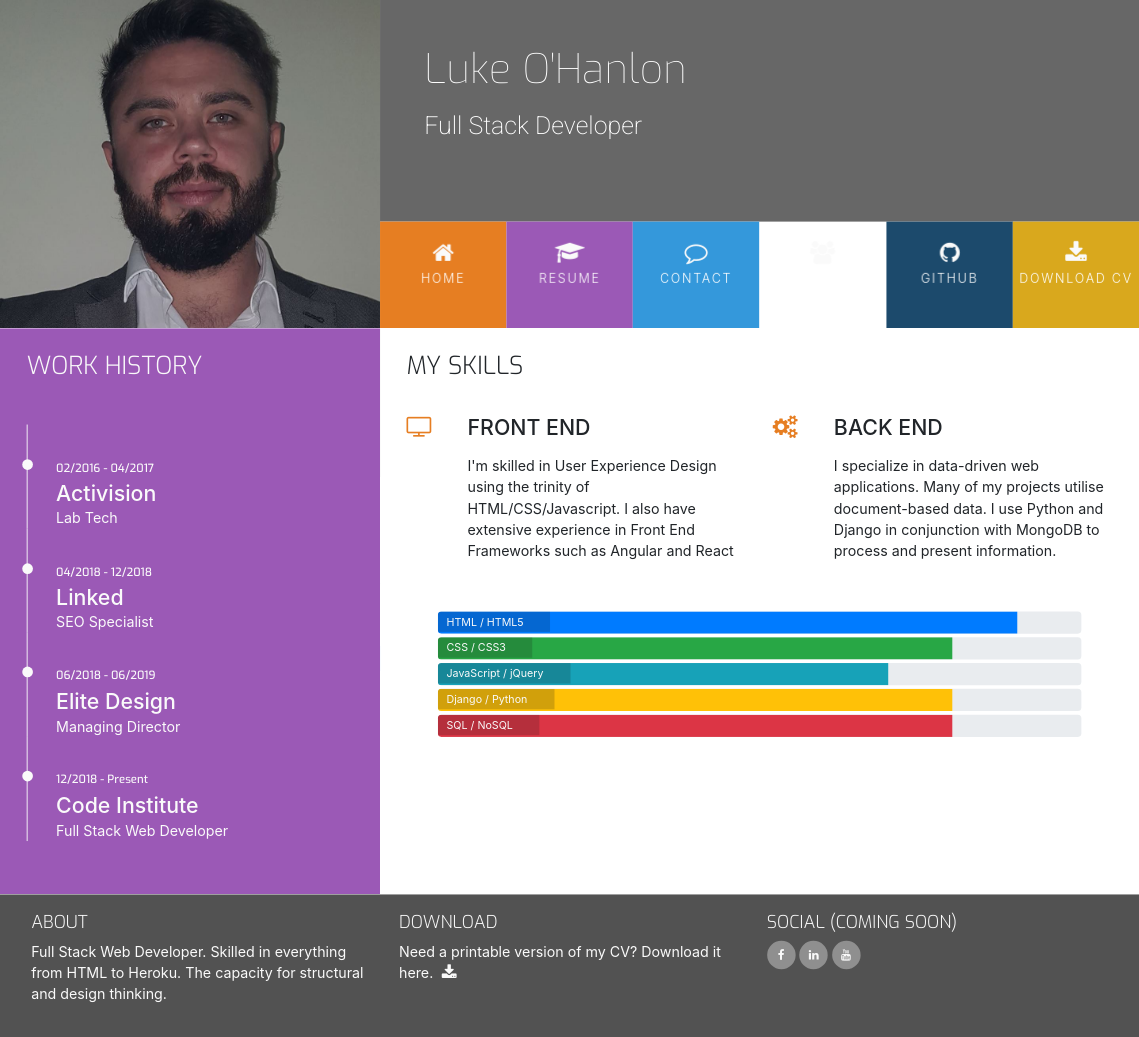
Repository: luke0han/my-resume
Page: resume.html
The author's editor kept a record of every edit. The page is drawn from the files as they stood at one moment, then again after the next edit.
The browser window is 1280 px wide. The pictures show the whole page, at 89% of full size.
Some web libraries are served in a nearby version.

Above is the page before.

After the next edit:
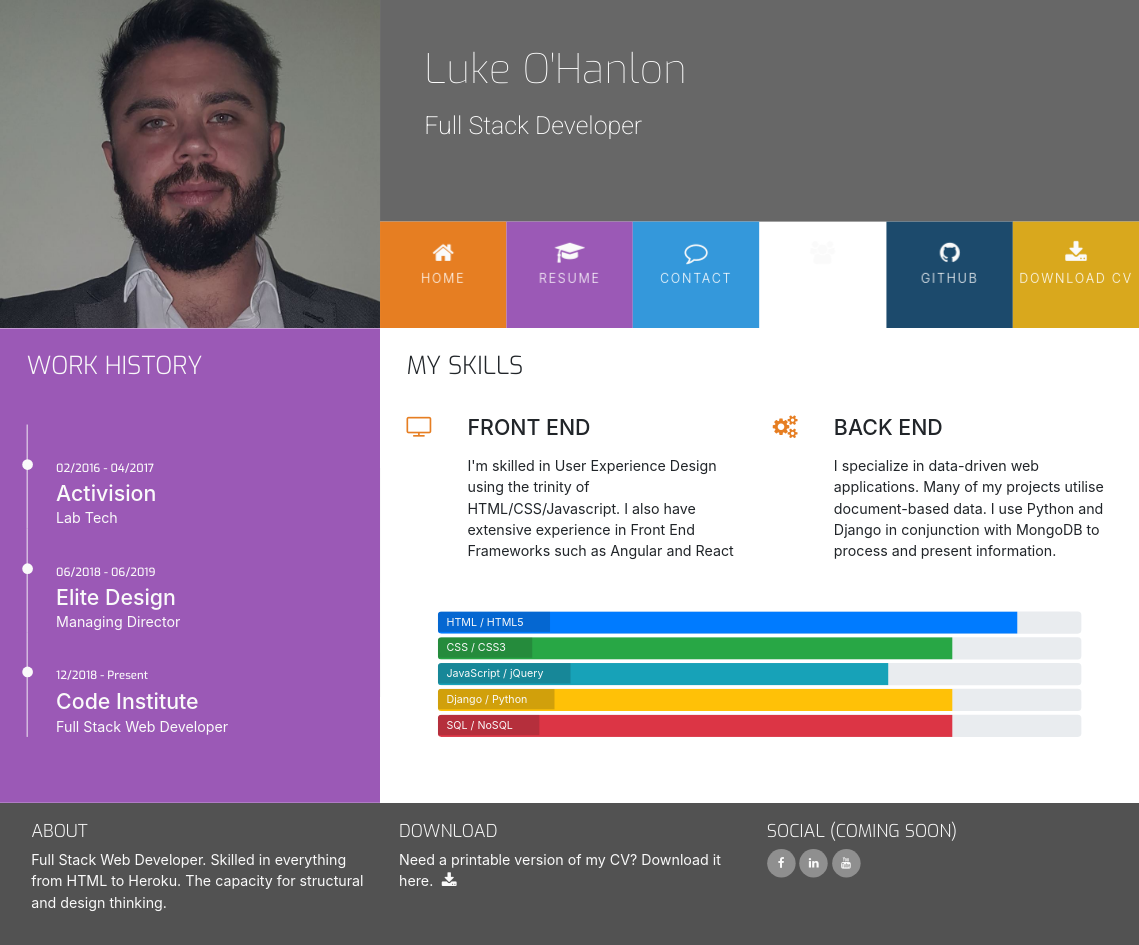
The edit:
--- a/resume.html
+++ b/resume.html
@@ -65,10 +65,7 @@
                         <h4>Activision</h4>
                         <p>Lab Tech</p>
                     </div>
-                    <div class="timeline-item" data-dates="04/2018 - 12/2018">
-                        <h4>Linked</h4>
-                        <p>SEO Specialist</p>
-                    </div>
+
                     <div class="timeline-item" data-dates="06/2018 - 06/2019">
                         <h4>Elite Design</h4>
                         <p>Managing Director</p>
